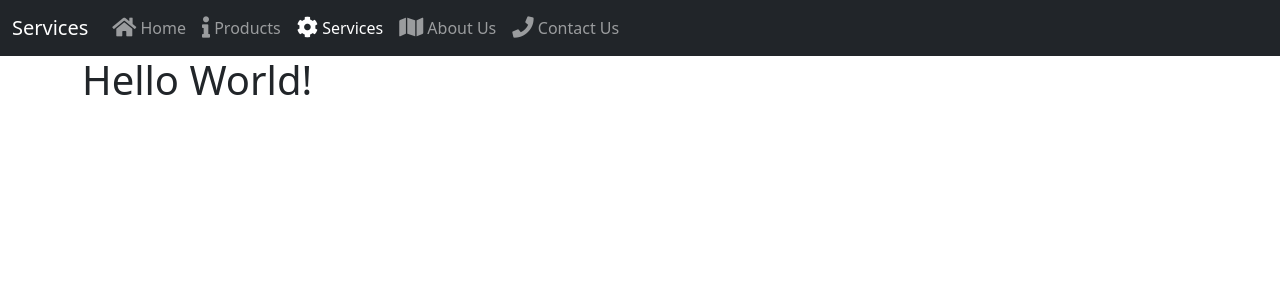
Repository: deividwsantoss/web6201-Lab1
Page: about.html
These files come from the project's save history. The page is drawn as it stood at one moment and after the next save; the edit follows.
The browser window is 1280 px wide. The pictures show the whole page.

Above is the page before, as saved 2021-02-02 14:59:29.

### about.html
<!DOCTYPE html>
<html lang="en">
<head>
    <meta charset="UTF-8">
    <meta name="viewport" content="width=device-width, initial-scale=1.0">
    <title>Services</title>
</head>
<!-- CSS SECTION-->
<link rel="stylesheet" href="./node_modules/bootstrap/dist/css/bootstrap.min.css">
<link rel="stylesheet" href="./node_modules/@fortawesome/fontawesome-free/css/all.min.css">
<link rel="stylesheet" href="./Content/app.css">

<body>
    <!-- Main Header-->
    <header>
        <nav class="navbar navbar-expand-lg navbar-dark bg-dark">
            <div class="container-fluid">
              <a class="navbar-brand" href="Index.html">Services</a>
              <button class="navbar-toggler" type="button" data-bs-toggle="collapse" data-bs-target="#navbarSupportedContent" aria-controls="navbarSupportedContent" aria-expanded="false" aria-label="Toggle navigation">
                <span class="navbar-toggler-icon"></span>
              </button>
              <div class="collapse navbar-collapse" id="navbarSupportedContent">
                <ul class="navbar-nav ml-auto mb-2 mb-lg-0">
                  <li class="nav-item">
                    <a class="nav-link " aria-current="page" href="Index.html"><i class="fas fa-home fa-lg"></i> Home</a>
                  </li>
                  <li class="nav-item">
                    <a class="nav-link" aria-current="page" href="products.html"><i class="fas fa-info fa-lg"></i> Products</a>
                  </li>
                  <li class="nav-item">
                    <a class="nav-link active" aria-current="page" href="services.html"><i class="fas fa-cog fa-lg"></i> Services</a>
                  </li>
                  <li class="nav-item">
                    <a class="nav-link" aria-current="page" href="about.html"><i class="fas fa-map fa-lg"></i> About Us</a>
                  </li>
                  <li class="nav-item">
                    <a class="nav-link" aria-current="page" href="contact.html"><i class="fas fa-phone fa-lg"></i> Contact Us</a>
                  </li>

                </ul>

              </div>
            </div>
          </nav>

    </header>


    <!-- Main Content-->
        <main class="container">
            <h1>Hello World!</h1>
        </main>

    <!--- Script Section-->
    <script src="./node_modules/bootstrap/dist/js/bootstrap.bundle.min.js"></script>
    <script src="./node_modules/jquery/dist/jquery.min.js"></script>
    <script src="./Scripts/app.js"></script>
</body>

</html>

### Content/app.css
/* Custom CSS goes here */

### Scripts/app.js
/* Custom JavaScript goes here */



(function(){

    function displayHome(){
        let paragraphOneText = "This is a simple site to demonstrate DOM manipulation for ICE 1";
        let paragraphOneElement = document.getElementById("paragraphOne");

        //let paragraphOneParagraph = document.getElementsByTagName("p")[0];
        //let paragraphOneQuery = document.querySelector("p");
        //let paragraphOneQuerys = document.querySelectorAll("p")[0];

        paragraphOneElement.textContent = paragraphOneText;
        paragraphOneElement.className = "fs-5";

        //SECOND METHOD
        //Step 1. document.createElement
        let newParagraph = document.createElement("p");
        //configure the element
        newParagraph.setAttribute("id", "paragraphTwo");
        newParagraph.textContent = "... And this is Paragraph Two";
        //step 3. Select the parent element
        let mainContent = document.getElementsByTagName("main")[0];
        //step 4. Add / Insert the element
        mainContent.appendChild(newParagraph);

        newParagraph.className = "fs-5";

    }
    function displayAbout(){

    }
    function displayServices(){

    }
    function displayProducts(){

    }
    function displayContact(){

    }

function Start(){

    console.log("App Started...");
    switch(document.title)
    {
        case 'Home':
            displayHome();
            break;
        case 'About':
            displayAbout();
            break;
        case 'Projects':
            displayProjects();
            break;
        case 'Services':
            displayServices();
            break;
        case 'Contact':
            displayContact();
            break;
    }
}

})();

Loaded but not shown: node_modules/bootstrap/dist/css/bootstrap.min.css (library); node_modules/@fortawesome/fontawesome-free/css/all.min.css (library); node_modules/bootstrap/dist/js/bootstrap.bundle.min.js (library); node_modules/jquery/dist/jquery.min.js (library)

After the next save:
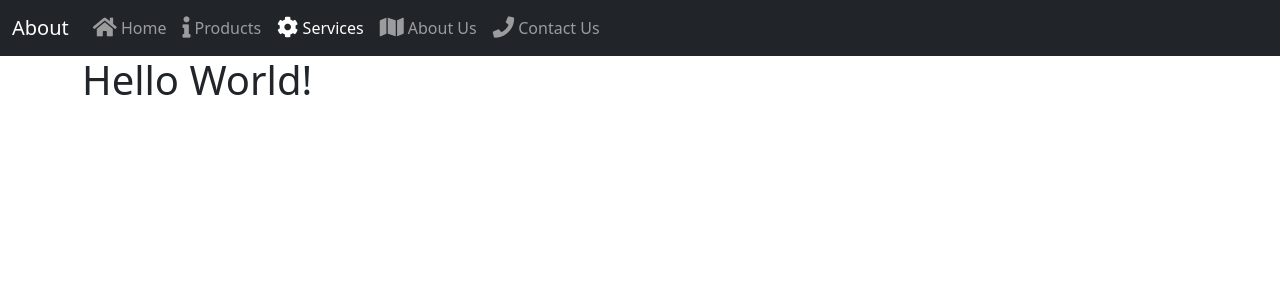
Saved 59 s later.
--- a/about.html
+++ b/about.html
@@ -3,7 +3,7 @@
 <head>
     <meta charset="UTF-8">
     <meta name="viewport" content="width=device-width, initial-scale=1.0">
-    <title>Services</title>
+    <title>About</title>
 </head>
 <!-- CSS SECTION-->
 <link rel="stylesheet" href="./node_modules/bootstrap/dist/css/bootstrap.min.css">
@@ -15,7 +15,7 @@
     <header>
         <nav class="navbar navbar-expand-lg navbar-dark bg-dark">
             <div class="container-fluid">
-              <a class="navbar-brand" href="Index.html">Services</a>
+              <a class="navbar-brand" href="Index.html">About</a>
               <button class="navbar-toggler" type="button" data-bs-toggle="collapse" data-bs-target="#navbarSupportedContent" aria-controls="navbarSupportedContent" aria-expanded="false" aria-label="Toggle navigation">
                 <span class="navbar-toggler-icon"></span>
               </button>
